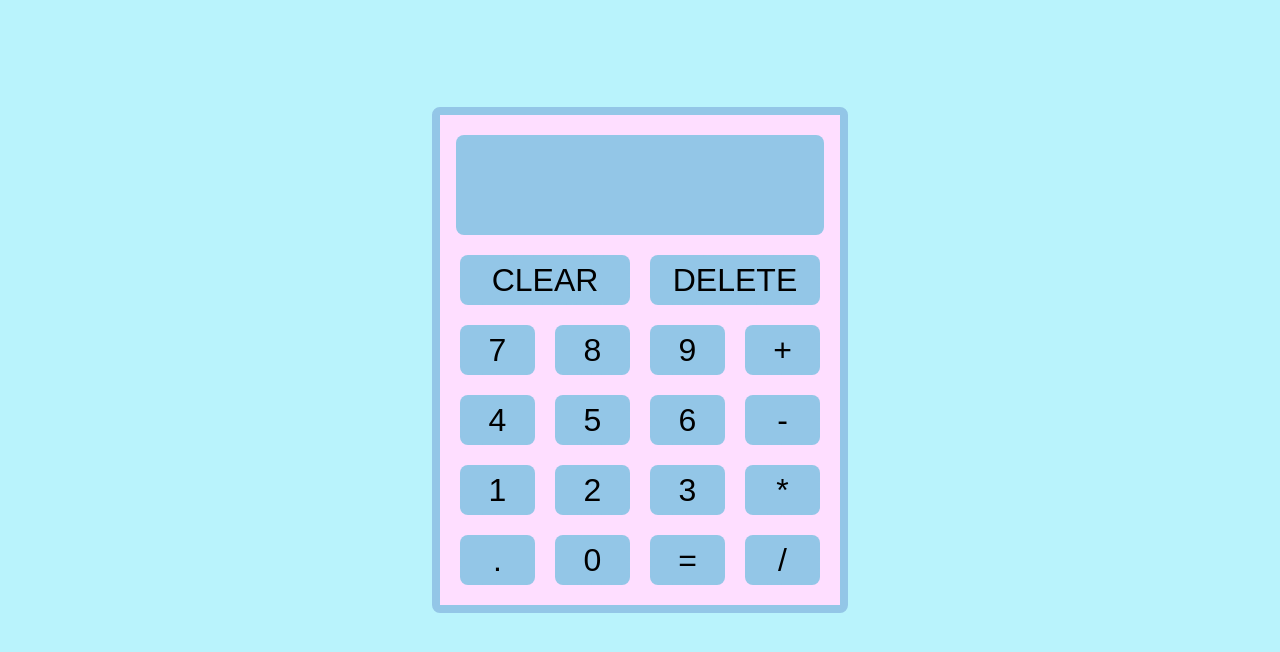
Repository: yeetzpxoci/calculator
Page: index.html
An editor plug-in stored every save of this project. The page is shown before and after a run of saves, followed by the edit.
The browser window is 1280 px wide. The pictures show the whole page.
After loading, the first visible `button.operator-button` was clicked once.

Above is the page before, as saved 2023-02-04 17:34:31.
Console error: TypeError: display.innerHTML.length is not a function

After the next 2 saves:
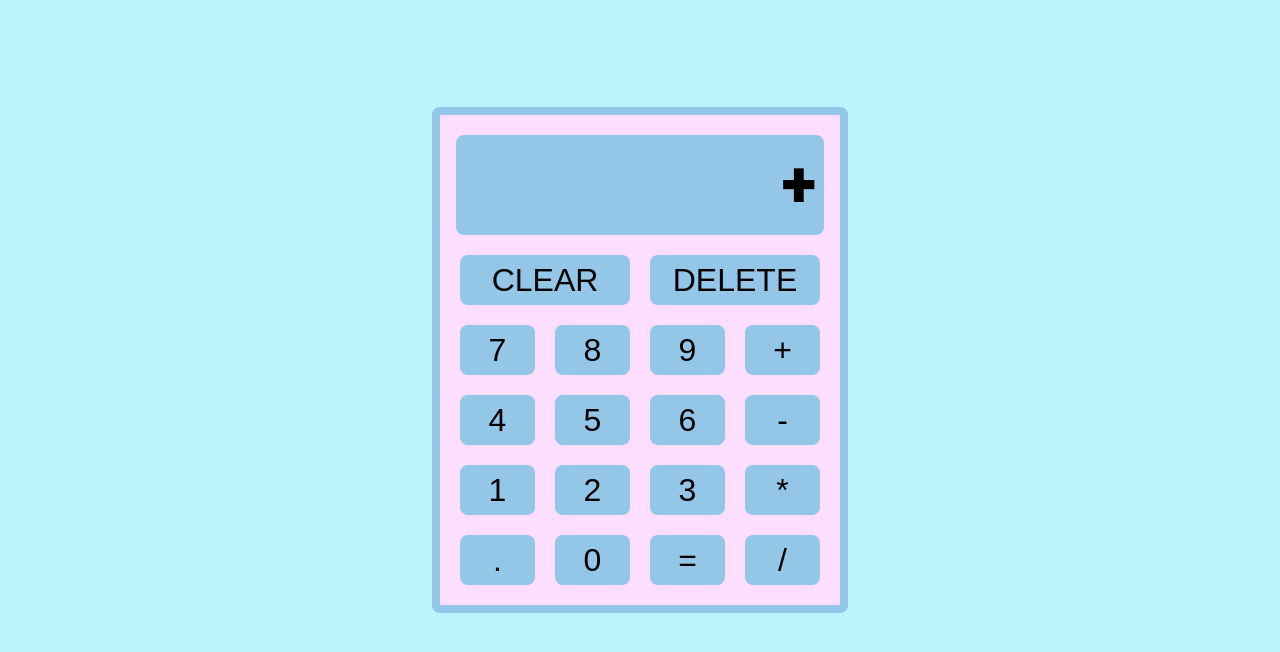
The error is gone.
The 2 saves are shown as one change because they came seconds apart.
The last was saved 18 s later.
--- a/script.js
+++ b/script.js
@@ -42,11 +42,9 @@
     element.addEventListener("click", function () {
         if (!operator_clicked ) {
             display.innerHTML = display.innerHTML + this.innerHTML;
-        } else {
-            display.innerHTML = display.innerHTML.slice(0, display.innerHTML.length()) + this.innerHTML;
         }
+        operator_clicked = true;
     })
-    operator_clicked = true;
 })
 
 document.querySelector(".clear-button").addEventListener("click", function () {
